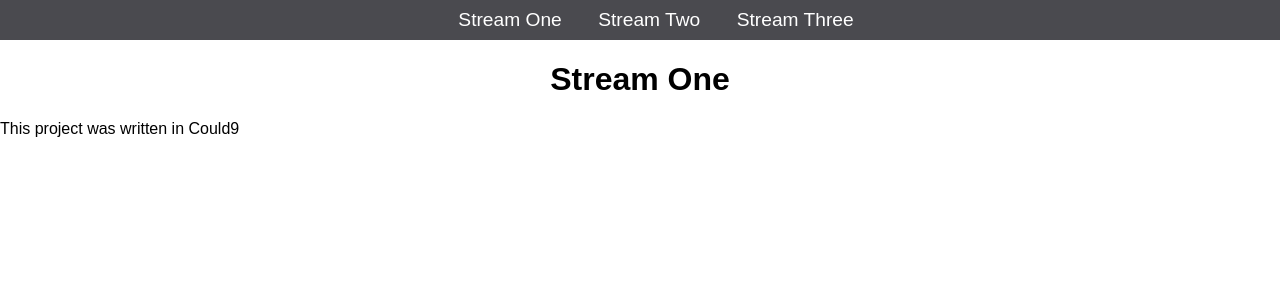
Repository: tenerim/my-first-website
Page: stream-one.html
The author's editor kept a record of every edit. The page is drawn from the files as they stood at one moment, then again after the next edit.
The browser window is 1280 px wide. The pictures show the whole page.

Above is the page before.

After the next edit:
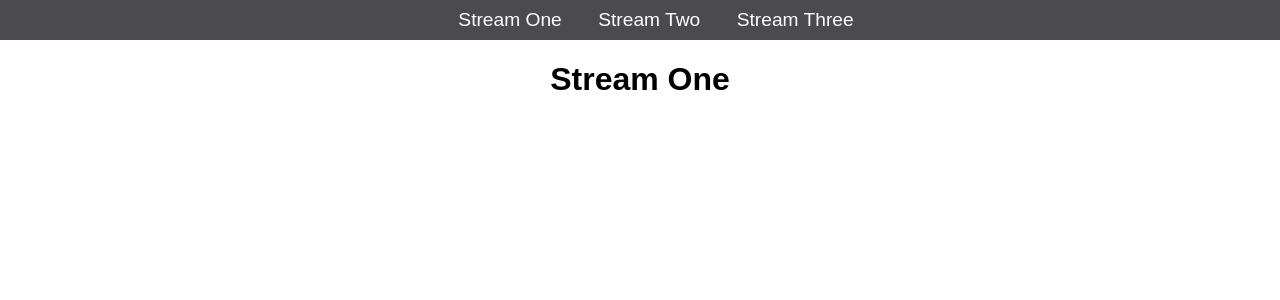
The edit:
--- a/stream-one.html
+++ b/stream-one.html
@@ -12,6 +12,11 @@
             </ul>
         </nav>
         <h1>Stream One</h1>
-        <p>This project was written in Could9</p>
+        <div class="card">
+            <a href="">
+                <img />
+                <h2></h2>
+            </a>
+        </div>
     </body>
 </html>
